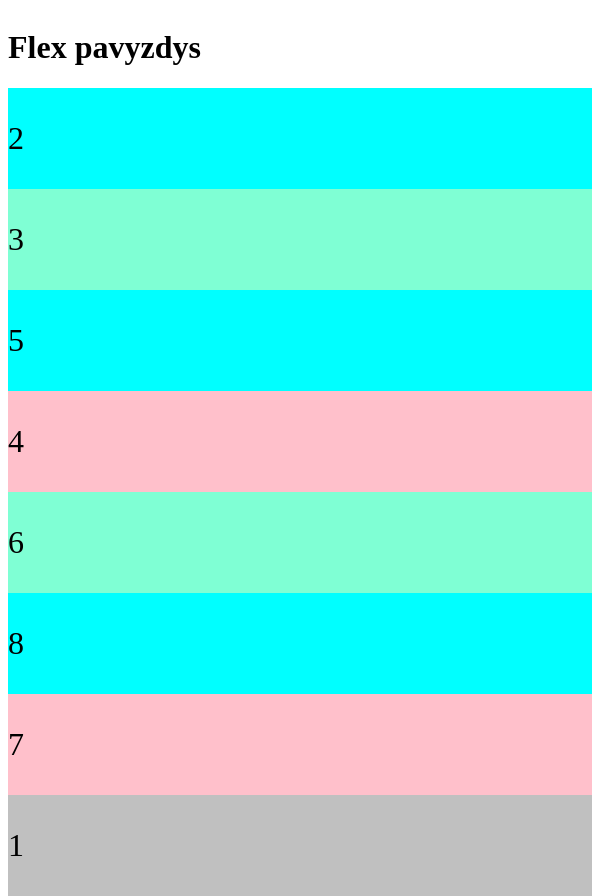
Repository: motiejus1/06-paskaita-invest
Page: index.html
An editor plug-in stored every save of this project. The page is shown before and after a run of saves, followed by the edit.
The browser window is 600 px wide. The pictures show the whole page.

Above is the page before, as saved 2021-06-09 19:57:06.

### index.html
<!DOCTYPE html>
<html lang="en">
<head>
    <meta charset="UTF-8">
    <meta http-equiv="X-UA-Compatible" content="IE=edge">
    <meta name="viewport" content="width=device-width, initial-scale=1.0">
    <title>Sesta paskaita</title>
    <style>

* {
            box-sizing: border-box;
        }

        .col-1 {
            width: 8.33%;
        }

        .col-2 {
            width: 16.66%;
        }

        .col-3 {
            width: 25%;
        }

        .col-4 {
            width: 33.33%;
        }

        .col-5 {
            width: 41.66%;
        }

        .col-6 {
            width: 50%;
        }

        .col-7 {
            width: 58.33%;
        }

        .col-8 {
            width: 66.66%;
        }

        .col-9 {
            width:75%;
        }

        .col-10 {
            width: 83.33%;
        }

        .col-11 {
            width: 91.66%;
        }

        .col-12 {
            width: 100%;
        }

        [class*="col-"] {
            float:left;
        }


        .flex-container {
            display: flex;
            flex-direction:row;
            flex-wrap:wrap;
        }

        .flex-item-1 {
            width: 100%;
            background-color: silver;
        }

        .flex-item-2, .flex-item-3 {
            width: 50%;
        }

        .flex-item-4 {
            width: 70%;
        }

        .flex-item-5 {
            width: 30%;
        }

        .flex-item-6, .flex-item-7, .flex-item-8 {
            width: 33.33%;
        }

        .flex-item-1 {
            order: 1001;
        }

        .flex-item-2 {
            order: 202;
        }

        .flex-item-3 {
            order: 203;
        }

        .flex-item-4 {
            order: 205;
        }

        .flex-item-5 {
            order: 204;
        }

        .flex-item-6 {
            order: 206;
        }

        .flex-item-7 {
            order: 208;
        }

        .flex-item-8 {
            order: 207;
        }


        .zydra {
            background-color:aqua;
        }

        .zalsva {
            background-color: aquamarine;
        }

        .rozine {
            background-color: pink;
        }

        p {
            font-size: 32px;
        }

        @media screen and (max-width: 720px) {
            .flex-container {
                flex-direction:column;
                flex-wrap: wrap;
            }

            [class*="flex-item-"] {
                width: 100%;
            }
        }

    </style>
</head>
<body>
    <div class="container">

        <div class="row"> <!--12 stulpeliu  -->
            <div class="col-12"><!-- 12 stulpeliu -->

                <h1>Flex pavyzdys</h1>

                <!--flex -->
                <div class="flex-container">
                    <div class="flex-item-1"><p>1</p></div>
                    <div class="flex-item-2 zydra"><p>2</p></div>
                    <div class="flex-item-3 zalsva"><p>3</p></div>
                    <div class="flex-item-4 rozine"><p>4</p></div>
                    <div class="flex-item-5 zydra"><p>5</p></div>
                    <div class="flex-item-6 zalsva"><p>6</p></div>
                    <div class="flex-item-7 rozine"><p>7</p></div>
                    <div class="flex-item-8 zydra"><p>8</p></div>
                    <!-- <div class="flex-item-9"><p>9</p></div> -->

                    <!-- <h1 class="tekstas">Flex tekstas</h1> -->
                    <!--flex -->
                </div>
            </div>
        </div>




    </div>
</body>
</html>

After the next 3 saves:
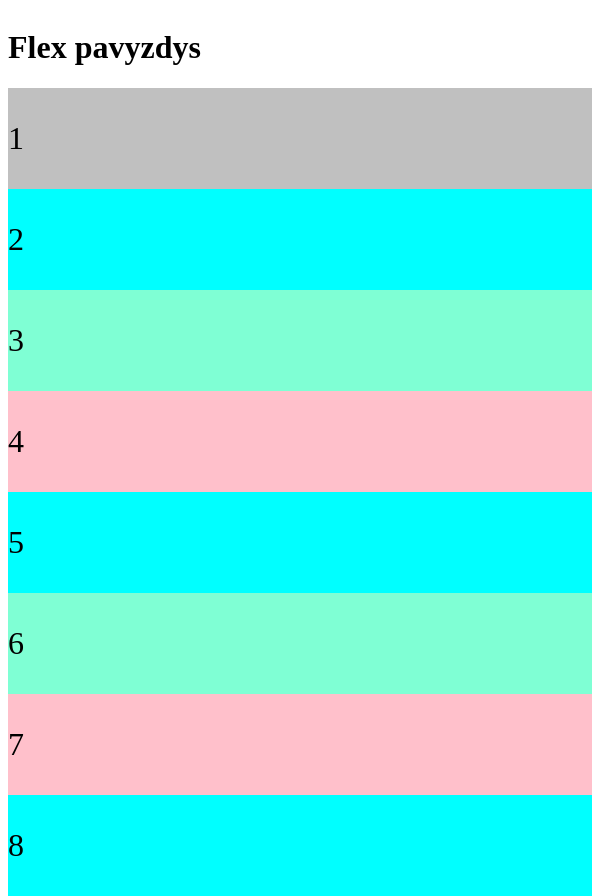
The 3 saves are shown as one change because they came seconds apart.
The last was saved 110 s later.
--- a/index.html
+++ b/index.html
@@ -148,6 +148,7 @@
 
             [class*="flex-item-"] {
                 width: 100%;
+                order: 1;
             }
         }
 
